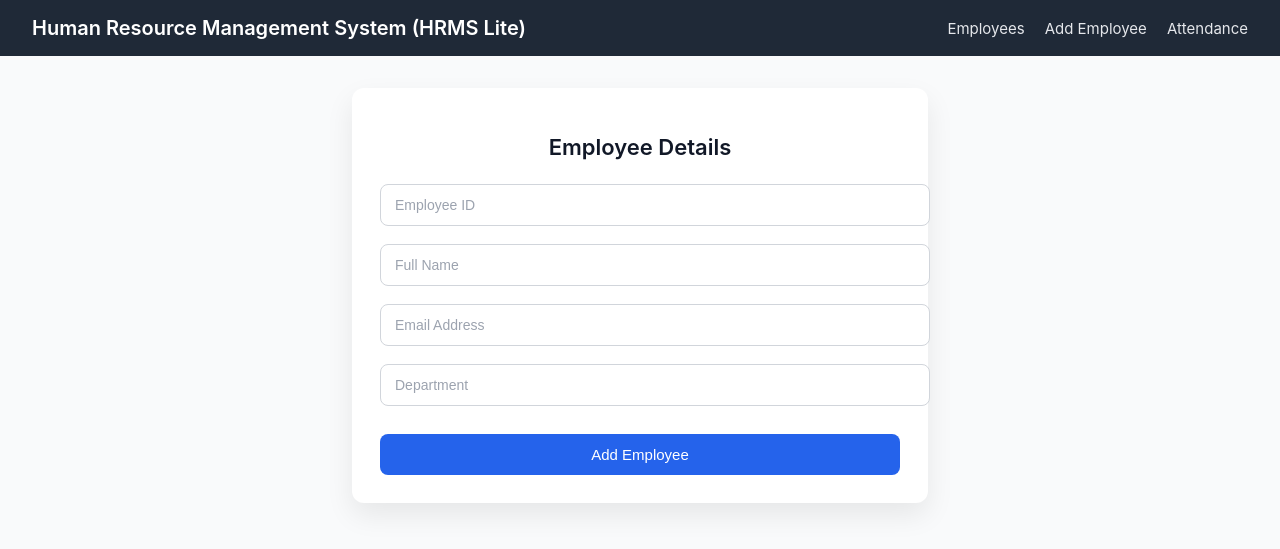
Repository: gautamsonam011/hrmsfrontend
Page: /employees/add
The author's editor kept a copy of each file at every save. The page is drawn from the files as they stood at one save, then again after the next save.
The browser window is 1280 px wide. The pictures show the whole page.
The project was rebuilt for these pictures with package versions that can differ from the ones it lists, and the page was loaded fresh each time. Also part of the build but not shown: src/components/Loader.jsx, src/components/EmptyState.jsx, src/pages/Employees.jsx, src/components/ErrorState.jsx, src/pages/Attendance.jsx, src/api/attendanceApi.js, src/pages/AddAttendance.jsx.

Above is the page before, as saved 2026-01-31 19:11:27.

After the next save:
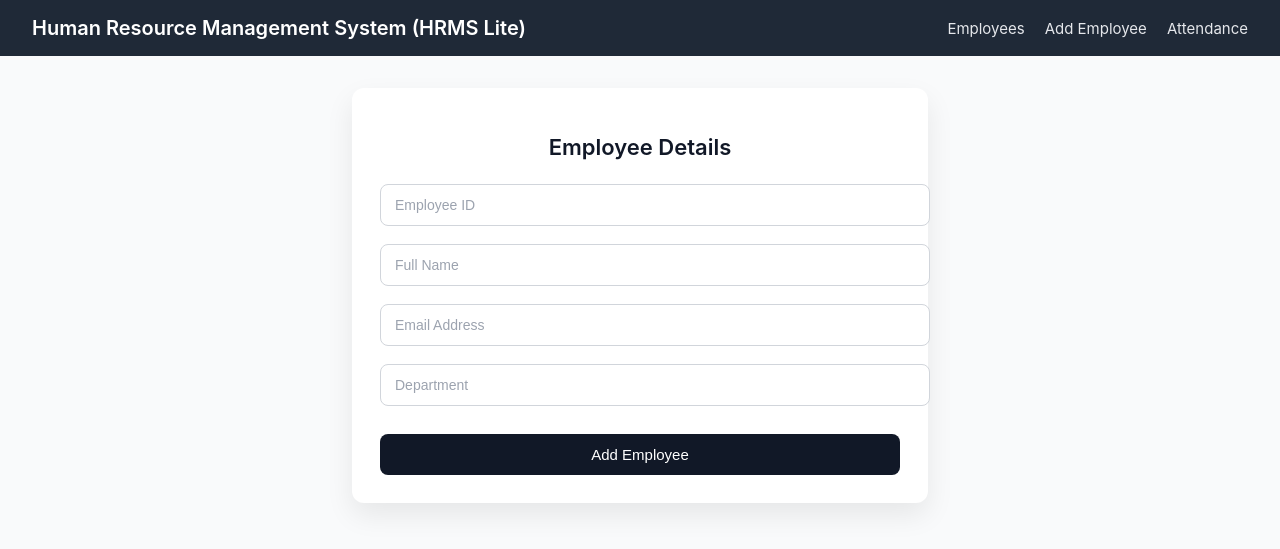
Saved 43 s later.
--- a/src/style.css
+++ b/src/style.css
@@ -156,11 +156,11 @@ body {
   border-radius: 8px;
   border: none;
   cursor: pointer;
-  background-color: #2563eb;
+  background-color: #111827;
   color: white;
   transition: background-color 0.2s ease;
 }
 
 .employee-submit-btn:hover {
-  background-color: #1e40af;
+  background-color: #1b2336;
 }
